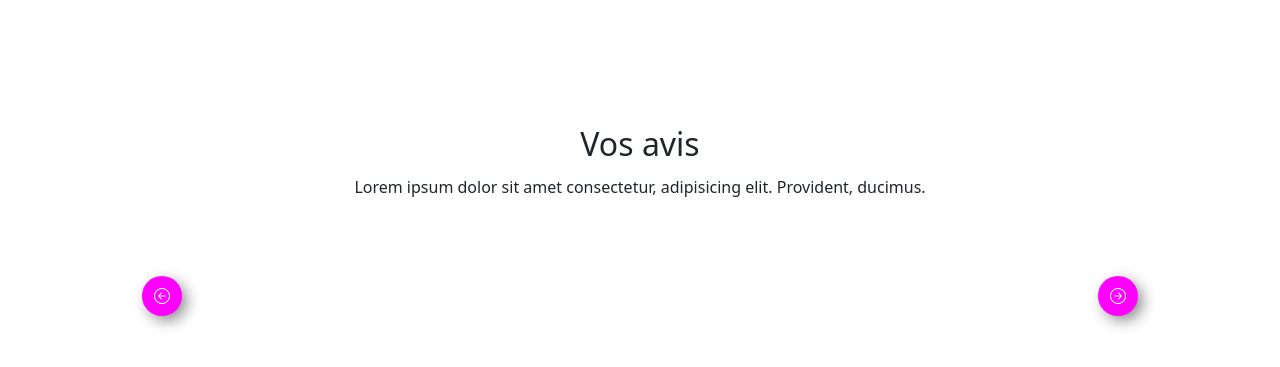
Repository: haifabilel/shop
Page: http://localhost/templates/avis_clients.php
The author's editor kept a copy of each file at every save. The page is drawn from the files as they stood at one save, then again after the next save.
The browser window is 1280 px wide. The pictures show the whole page.
Some web libraries are served in a nearby version. The page is run by PHP 8.4 with error messages shown; the project is at /var/www/html/.

Above is the page before, as saved 2023-12-11 15:37:23.
Console error: ReferenceError: jQuery is not defined

### templates/avis_clients.php
<?php
require_once 'head.php';
?>
<section>
    <div class="testimonial-container">
        <div class="title">
            <img src="" alt="">
            <h2>Vos avis</h2>
            <p>Lorem ipsum dolor sit amet consectetur, adipisicing elit. Provident, ducimus.</p>
        </div>
            <div class="container">
                <div class="testimonial-item avtive">
                    <img src="../uploads/images/img-2.jpg" alt="img_1">
                    <h3>title</h3>
                    <p>Lorem ipsum dolor sit amet.</p>
                </div>
                <div class="container">
                <div class="testimonial-item">
                    <img src="../uploads/images/img-1.jpg" alt="img_2">
                    <h3>title</h3>
                    <p>Lorem ipsum dolor sit amet.</p>
                </div>
                <div class="container">
                <div class="testimonial-item">
                    <img src="../uploads/images/img-3.jpg" alt="img_3">
                    <h3>title</h3>
                    <p>Lorem ipsum dolor sit amet.</p>
                </div>
                <div class="left-arrow" onclick="nextSlide()"><i class="bi bi-arrow-left-circle"></i></div>
                <div class="right-arrow" onclick="prevSlide()"><i class="bi bi-arrow-right-circle"></i></div>
            </div>

    </div>
</section>

### templates/head.php
<!DOCTYPE html>
<html lang="fr">
 <head>
        <meta charset="utf-8">
        <meta http-equiv="X-UA-Compatible" content="IE=edge">
        <title>shop</title>
        <meta name="description" content="Notre garage est parfaitement équipé, le Garage V.Parrot entretient vos véhicules et propose également des occasions toutes marques garanties. Il assure également le diagnostic et la réparation
         toutes marques de vos véhicules.">
         <meta name="viewport" content="width=device-width, initial-scale=1">
         <script src="https://cdnjs.cloudflare.com/ajax/libs/jqueryui/1.13.2/jquery-ui.min.js" integrity="sha512-57oZ/vW8ANMjR/KQ6Be9v/+/h6bq9/l3f0Oc7vn6qMqyhvPd1cvKBRWWpzu0QoneImqr2SkmO4MSqU+RpHom3Q==" crossorigin="anonymous" referrerpolicy="no-referrer"></script>
         <script src="https://cdn.jsdelivr.net/npm/bootstrap@4.0.0/dist/js/bootstrap.min.js" integrity="sha384-JZR6Spejh4U02d8jOt6vLEHfe/JQGiRRSQQxSfFWpi1MquVdAyjUar5+76PVCmYl" crossorigin="anonymous"></script>

         <script src="https://cdn.jsdelivr.net/npm/popper.js@1.12.9/dist/umd/popper.min.js" integrity="sha384-ApNbgh9B+Y1QKtv3Rn7W3mgPxhU9K/ScQsAP7hUibX39j7fakFPskvXusvfa0b4Q" crossorigin="anonymous"></script>
         <!--  carrousel -->
         <link href="https://gosnippets.com/full-screen/bootstrap-carousel-with-cards-in-3-columns" rel="canonical">
            <!-- Bootstrap icons CSS -->
        <link rel="stylesheet" href="https://cdn.jsdelivr.net/npm/bootstrap-icons@1.6.1/font/bootstrap-icons.css">
        <!-- font awesome cdn link-->
        <link rel="stylesheet" href="https://cdnjs.cloudflare.com/ajax/libs/font-awesome/6.3.0/css/all.min.css" integrity="sha512-SzlrxWUlpfuzQ+pcUCosxcglQRNAq/DZjVsC0lE40xsADsfeQoEypE+enwcOiGjk/bSuGGKHEyjSoQ1zVisanQ==" crossorigin="anonymous" referrerpolicy="no-referrer">
            <!-- Bootstrap -->
        <link rel="stylesheet" href="https://cdn.jsdelivr.net/npm/bootstrap@5.2.3/dist/css/bootstrap.min.css" integrity="sha384-rbsA2VBKQhggwzxH7pPCaAqO46MgnOM80zW1RWuH61DGLwZJEdK2Kadq2F9CUG65" crossorigin="anonymous">
            <!-- CSS Link -->
        <link rel="stylesheet" href="../css/style.css">
</head>

### css/style.css
*{
    margin: 0;
    padding:0;
    box-sizing:border-box;
}
html{
    font-size: 16px;
    font-family: Georgia, 'Times New Roman', Times, serif;
    --ms-text-size-adjust:100%;
    -webkit-text-size-adjust: 100%;
    -webkit-tap-highlight-color: transparent;
    -ms-overflow-style: scrollbar;
}
body{
    width:100%;
    /* background-image:url(../uploads/images/pink-1030584_1280.jpg);  */
    background-repeat: no-repeat;
    background-size: cover;


}
.main{
    width:95vw;
    background: #fff;
    box-shadow: 0 2px 6px 0 rgb(0 0 0 / 10%);
    margin: 1rem auto;
    margin-top: 10rem;
    padding: 2%;
}
a{
    text-decoration:none;
    color: #000;
}
.title{
    text-align: center;
    margin: 1rem 0;
    line-height: 2;
}
ul{
    list-style: none;
}
sup{
    position:absolute;
    top:-5px;
    background-color: #000;
    color: #fff;
    border-radius: 50%;
    width:15px;
    height:15px;
    line-height:15px;
    padding:.1rem;
    margin-left:-8px;
    text-align: center;
}
.empty{
   text-align: center;
   text-transform:capitalize;
   margin:0 auto;
   margin-bottom:2rem;
   width:59%;
   padding: .5rem 1.5rem;
   background: green;
   color:white;
   border:1px solid green;
}
.btn{
    line-height: 2;
    background-color:#debfd6;
    padding: 5px 35px;
    display:inline-block;
    border-radius: 30px;
    color:#000;
    text-transform: capitalize;
    font-size: 16px;
    user-select: none;
    position: relative;
    overflow: hidden;
    vertical-align: middle;
    transition:color 0.3s ease;
    z-index:2;

}
.btn::before{
    position:absolute;
    content:'';
    left:0;
    top:0;
    background:#80005e;
    height:100%;
    width:0;
    z-index:-1;
    transition:width 0.3s ease;

}
.btn:hover::before{
width:100%;
}
.btn:hover{
    color: #fff;
}
.input,textarea{
    background:#fff;
    border:none;
    padding: .6rem;
    margin:.5rem 0;
    border:1px solid green;
    width:100%;
}
button{
    background:transparent;
    border:none;
    outline:none;
}

/*=================header================ */
header{
    position:fixed;
    top:1%;
    left:2%;
    width:95vw;
    padding:1rem;
    z-index:101;
    transition:.3s;
    box-shadow: 5px 5px 15px -1px #808080;
    background-color:#ff00ff;

}
.logo{
    width:100px;
    height:50px;
}
header.scrolled{
    top:0;
    box-shadow: 5px 5px 15px -1px #808080;
}
.header.scrolled a:hover{
    color:green
}
.flex{
    width:100%;
    display:flex;
    justify-content:space-between;
    align-items:center;
    position:relative;
    margin:0 auto;
}
.navbar a {
    margin: 0 1 rem;
    font-size:1 rem;
    margin: 0 30px;

}
.navbar a:hover{
    color:green;
}
.haeder .icons{
    display: flex;
}
.header .icons i{
    margin-left:1rem;
    font-size:1.5rem;
    color:#000;
}
#menu-btn{
    font-size: 2rem;
    display:none;
}
.header .user-box{
    position:absolute;
    top:120%;
    right:0;
    box-shadow: rgb(255 255 255 / 80%);
    border-radius: .5rem;
    padding: 1rem;
    text-align:center;
    width: 20rem;
    transform: scale(0);
    transform-origin:top right;
    line-height:2;
}
.header .user-box .btn{
    border-radius:.5rem;
    padding: 0 1.5rem;
}
.logout-btn{
    background:#000;
    color:#fff;
    text-transform:uppercase;
    width: 11rem;
    border-radius: .5rem;
    margin: .5rem;
    padding: .5rem 0;
}
.header .user-box.active{
    transform:scale(1.0);
    transition:.2s linear;
}
/* =============home slider=========== */
.home-section{
    position: relative;
    margin-bottom: 2rem;
    margin-top: -4rem;
}
.slider{
    max-height: 80vh;
    width:100%;
    display:flex;
    overflow-x: hidden;
    overflow-y:hidden;
    scroll-snap-type: x mandatory;
}
.slider_{
   height: 80vh;
   min-width: 100vw;
   width:100%;
   scroll-snap-align: start;
   background-position: center;
   background-size: cover;
   position:relative;
}
.slider .slide-detail{
    position: absolute;
    top:30%;
    left:20%;
    text-align: center;
}
.slider .slide-detail h1{
    position: relative;
    color:#80005e;
    margin-left: -5rem;
}
.slider .slide-detail h1::before{
    position: absolute;
    content:'';
    width:380px;
    height:1px;
    bottom:-40%;
    left:20%;
    background: #e2e2e244;
}
.slider .slide-detail h1::after{
    position: absolute;
    content:'';
    width:10px;
    height:10px;
    bottom:-50%;
    left:50%;
    border-radius:50%;
    background: #f7b90f;
}
.slider .slide-detail p{
    font-size: 14px;
    color:#80005e;
    margin-top:2rem ;
    margin-bottom:2rem;
    margin-left: -7rem;
}
.slide1{
    background-image: url(../uploads/images/birth_candle.jpg);
}
.slide2{
    background-image: url(../uploads/images/slider4.jpg);
    background-position:center;
}
.slide3{
    background-image: url(../uploads/images/slider3.jpg);
}
.left-arrow,
.right-arrow{
position:absolute;
top:50%;
transform: translateY(-50%);
font-size: 2rem;
width:40px;
height:40px;
border-radius: 50%;
color:#fff;
z-index: 2;
}
.right-arrow{
   right: 1rem;
}
.left-arrow{
    left: 1rem;
 }
 .thumb{

    box-shadow: 5px 5px 15px -1px #808080;
    margin: 2rem auto;
    padding:2%;
    width:95%;
 }
 .articles_section h2{
    text-align: center;
    background: rgba(239, 129, 197, 0.203);
    width:50%;
    margin-left:22%;
 }
 .hr-circle {
    display:inline-block;
    color:#80005e;


  }
  .separator{
    margin:.1rem 42rem;
  }
  .separator1{
    margin:1rem 38rem;

  }
  .hr-circle hr{
    width:70px;

  }

 .box-container{
    display:flex;
    flex-wrap: wrap;
    /* grid-template-columns: repeat(auto-fit,minmax(15rem,1fr)); */

 }
 .thumb .box-container .box{
    text-align:center;
    margin:1rem;
    line-height:1.5;
    background:#fff;
    padding-bottom:1rem;
    color:gray;
 }
 .thumb .box-container .box img{
    transition:all 800ms ease-in-out;
    width:250px;
    height:220px;
    margin-left:50px;

 }
 .thumb .box-container .box:hover img{
    transform:rotateY(180deg);
    cursor: pointer;
 }
 .thumb .box-container i{
    width:80px;
    height:40px;
    border-radius:50%;
    /* background:#80005e; */
    color:#80005e;
    align-items:center;
    padding:4px;
    cursor: pointer;
    border:2px solid #80005e;
 }

.container .box{
    text-align:center;
    display:flex;
    align-items:center;
    justify-content:center;
}
.container h2{
    color:#80005e;
    font-size: 2rem;
    margin:1rem 8rem;
}
.container span{
    font-size: 1.5rem;
}
.box2{
    margin-top: 5rem;
}
.articles_section{
    margin-top: 10%;
}

/* =============avis clients=========== */
.testimonial-container{
    padding: 6% 0;
    background-image: url('');
}
.testimonial-container .container{
    position:relative;
    perspective: 1000;
    padding-top: 2rem;
}
.testimonial-container .container .testimonial-item{
    border-radius: 5px;
    box-shadow: 5px 5px 15px -1px #808080;
    color:gray;
    width:50vw;
    margin: 0 auto;
    text-align:center;
    display:none;
    padding:1rem;
    transition:.4s;
}
.testimonial-container .container .testimonial-item.active{
    display:block;
}
.testimonial-container .container .testimonial-item h3{
    color: #80005e;
    font-size: 1.3rem;
    padding-bottom: .5rem;
}
.testimonial-container .container .testimonial-item img{
    padding:1rem 0;
    border-radius: 50%;
}
.testimonial-container .container .left-arrow,
.testimonial-container .container .right-arrow{
    position:absolute;
    top: 40%;
    transform: translateY(-50%);
    font-size:1rem;
    width:40px;
    height:40px;
    border-radius: 50%;
    color:white;
    box-shadow: 5px 5px 15px -1px #808080;
    background:#ff00ff;
    z-index:2;
    cursor:pointer;
    display:flex;
    justify-content:center;
    align-items:center;
}
.testimonial-container .container .right-arrow{
    right:3rem;
}
.testimonial-container .container .left-arrow{
    left:3rem;
}
/* =============footer=========== */
.top-footer{
    width: 100%;
    display:flex;
    flex-wrap:wrap;
    justify-content:space-between;
    align-items:center;
    color:#fff;
    margin-top: 15rem;
    background: rgba(239, 129, 197, 0.826);
    height: 80px;
    padding:0 35px
}
.top-footer h2 i{
    margin-right:.5rem;
}
.top-footer input{
    width:40vw;
    height:40px;
    text-align: center;
    border-radius: 5px;
    border: white;

}
footer{
    position:relative;
}
.overlay{
    position:absolute;
    top:0;
    right:0;
    left:0;
    bottom:0;
    background:rgba(255, 0, 255, 0.135);

}
.footer-content{
    position:absolute;
    top:10%;
   background-color: fuchsia;
   width:100%;
}
.footer-content .img-box{
    text-align:center;
}
footer .inner-footer{
    display:flex;
    align-items: center;
    justify-content:center;
    width:100%;
    height:200px;
    padding:3rem 0;
    margin: 0 auto;
    color:#fff;
}
.card h3{
    color:#ff00ff;
    text-align: center;
}
footer .inner-footer .card{
    margin:2rem;
    border: #fff;
    width:15rem;

}
footer .inner-footer .card li{
    line-height: 1.5rem;
    text-transform:capitalize;
    font-size:16px;
    color: black;
}
footer .inner-footer .card p{
    color: #808080;
    text-align: center;
}
footer .inner-footer .card li:nth-child(1),
footer .inner-footer .card p{
    margin-top: 1rem;
}
footer .inner-footer .card .social-links{
    margin-top: 1rem;
}
footer .inner-footer .card .social-links i{
    width:50px;
    height:50px;
    border-radius: 50%;
    background: #fff;
    box-shadow: 5px 5px 15px -1px #808080;
    text-align: center;
    color:fuchsia;
    padding:.6rem;
    font-size: 1.3rem;
    margin-left: 4px;
}
footer .inner-footer .card .social-links i:hover{
    background-color: #80005e;
    color:#fff;
}
footer .bottom-footer{
    text-transform: capitalize;
    text-align: center;
    padding: 3rem 0;
    color:#000;
    padding-bottom: 1rem;
}

/*========== mediA screen============== */
@media (max-width:554px) {
    #menu-btn{
        display: block;
    }
    .header .flex .navbar{
        position :absolute;
        width:100%;
        padding: 0 2rem;
        top:130%;
        left:0;
        display:block;
        right:0;
        border-top:1px solid #ff00ff;
        background:#fff;
        transition:.3s ease;
        clip-path:polygon(0 0, 100% 0 ,100% 0, 0 0);
    }
    .header .flex .navbar.active{
        clip-path:polygon(0 0, 100% 0 ,100% 0, 0 0);
    }
    .header .flex .navbar a{
        display:block;
        margin:2rem;
        border-top:1px solid #ff00ff;
    }
    .form-container{
        width:100%;
    }
    form{
        width:100%;
    }
}

After the next save:
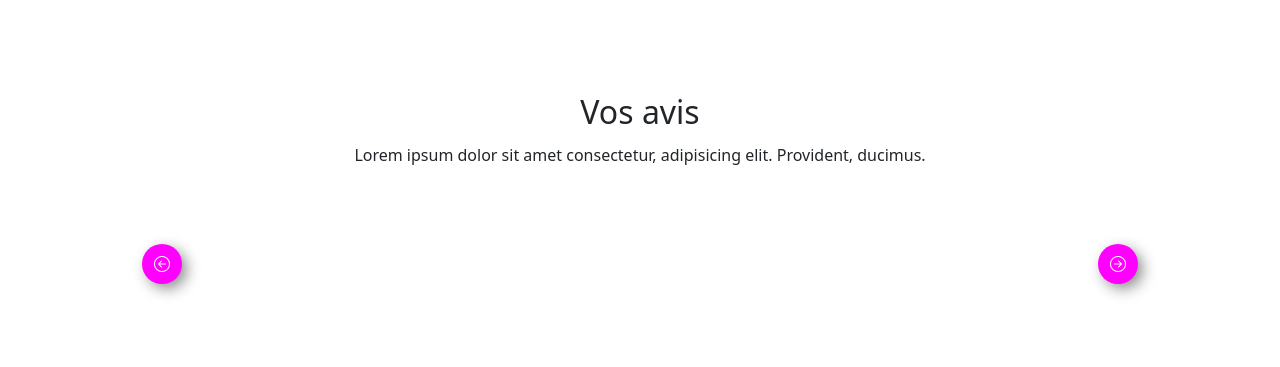
Saved 77 s later.
--- a/templates/avis_clients.php
+++ b/templates/avis_clients.php
@@ -4,7 +4,6 @@ require_once 'head.php';
 <section>
     <div class="testimonial-container">
         <div class="title">
-            <img src="" alt="">
             <h2>Vos avis</h2>
             <p>Lorem ipsum dolor sit amet consectetur, adipisicing elit. Provident, ducimus.</p>
         </div>
